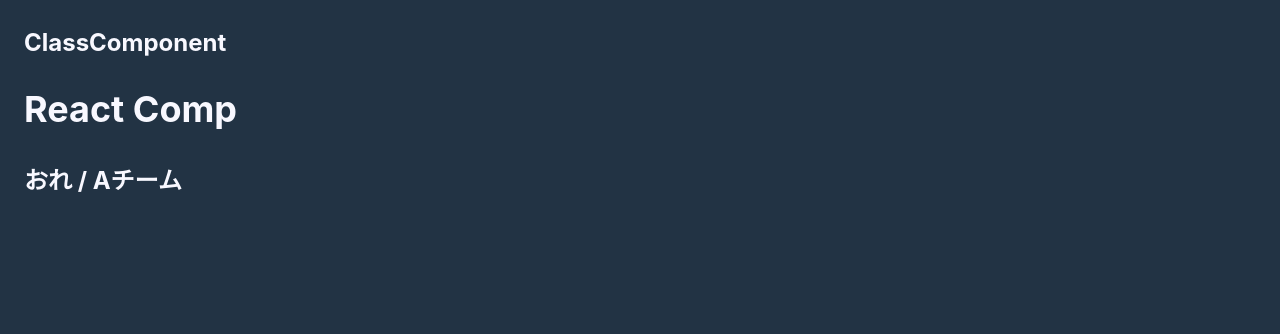
Repository: BoxPistols/hello-react-window
Page: /
An editor plug-in stored every save of this project. The page is shown before and after a run of saves, followed by the edit.
The browser window is 1280 px wide. The pictures show the whole page.
The project was rebuilt for these pictures with package versions that can differ from the ones it lists, and the page was loaded fresh each time.

Above is the page before, as saved 2020-07-20 19:13:25.

### src/index.js
import React from 'react'
import ReactDOM from 'react-dom'
import './index.css'
import App from './App';
import * as serviceWorker from './serviceWorker'

import { stringVal, myVal, ReactEl } from './Variable'
import ClassComponent from './Variable'

console.log(stringVal)
myVal()

class Human {
  constructor(name, age) {
    this.name = name
    this.age = age
  }
}

const myProfile = new Human('ore', 42)
console.log(`name:${myProfile.name} age:${myProfile.age}`)

const tanakaProfile = new Human('tanaka', 22)
console.log(`name:${tanakaProfile.name} age:${tanakaProfile.age}`)

// const returnReactElement = (val) => <h2>{val}</h2>
const ReturnReactElement = ({ name, group }) => {
  return (
    <h2>
      <App/>
      <ClassComponent />
      <ReactEl />
      {name} / {group}
    </h2>
  )
}
ReactDOM.render(
  <ReturnReactElement name="おれ" group="Aチーム" />,
  document.getElementById('root')
)

serviceWorker.unregister()

### src/App.js
import React from 'react'
import logo from './logo.svg'
import './App.css'

import Comp1 from './components/comp1'

function App() {
  return <div className="App"></div>
}

export default App

### src/Variable.js
import React from 'react'

export const stringVal = 'stringVal!'

export const myVal = () => {
  console.log('moge')
}

export const ReactEl = () => <h2>React Comp</h2>

class ClassComponent extends React.Component {
  render() {
    return <div>ClassComponent</div>
  }
}

export default ClassComponent

### src/components/comp1.jsx
import React from "react"

function Comp1(props){
  return(
    <>
      <h1>Hello</h1>
    </>
  )
}
export default Comp1

Loaded but not shown: public/index.html (common file); src/index.css (common file); src/serviceWorker.js (common file); src/App.css (common file)

After the next 3 saves:
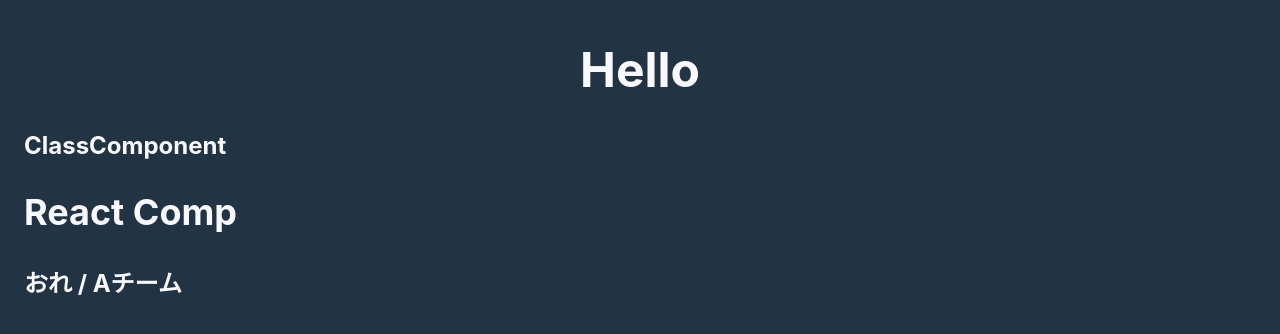
The 3 saves are shown as one change because 1 did not build or start and some came seconds apart.
The last was saved 29 s later.
--- a/src/App.js
+++ b/src/App.js
@@ -5,7 +5,9 @@ import './App.css'
 import Comp1 from './components/comp1'
 
 function App() {
-  return <div className="App"></div>
+  return <div className="App">
+    <Comp1/>
+  </div>
 }
 
 export default App
